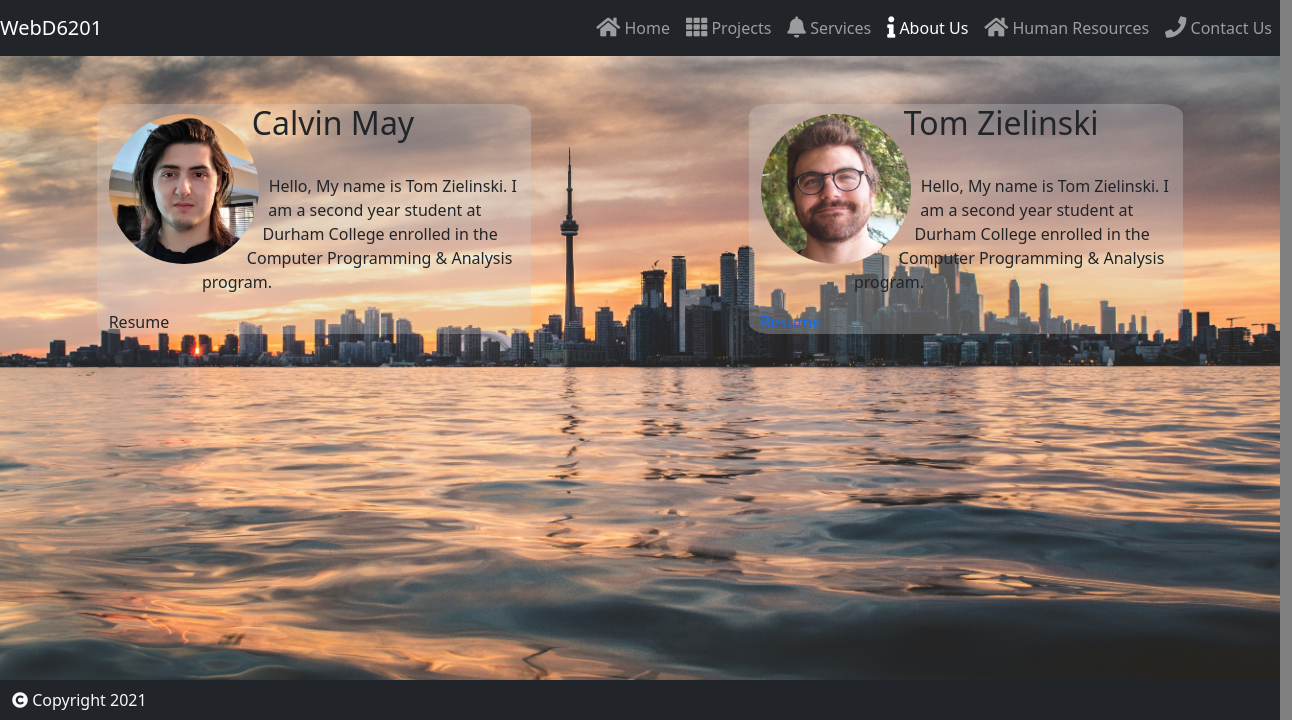
Repository: Tomelinski/Webd6201-Lab02
Page: about.html
The author's editor kept a copy of each file at every save. The page is drawn from the files as they stood at one save, then again after the next save.
The browser window is 1280 px wide. The page is 1292 px wide, so the pictures cover 1292 px, including what lies to the right of the window. The pictures show the whole page.

Above is the page before, as saved 2021-02-05 19:09:21.

After the next save:
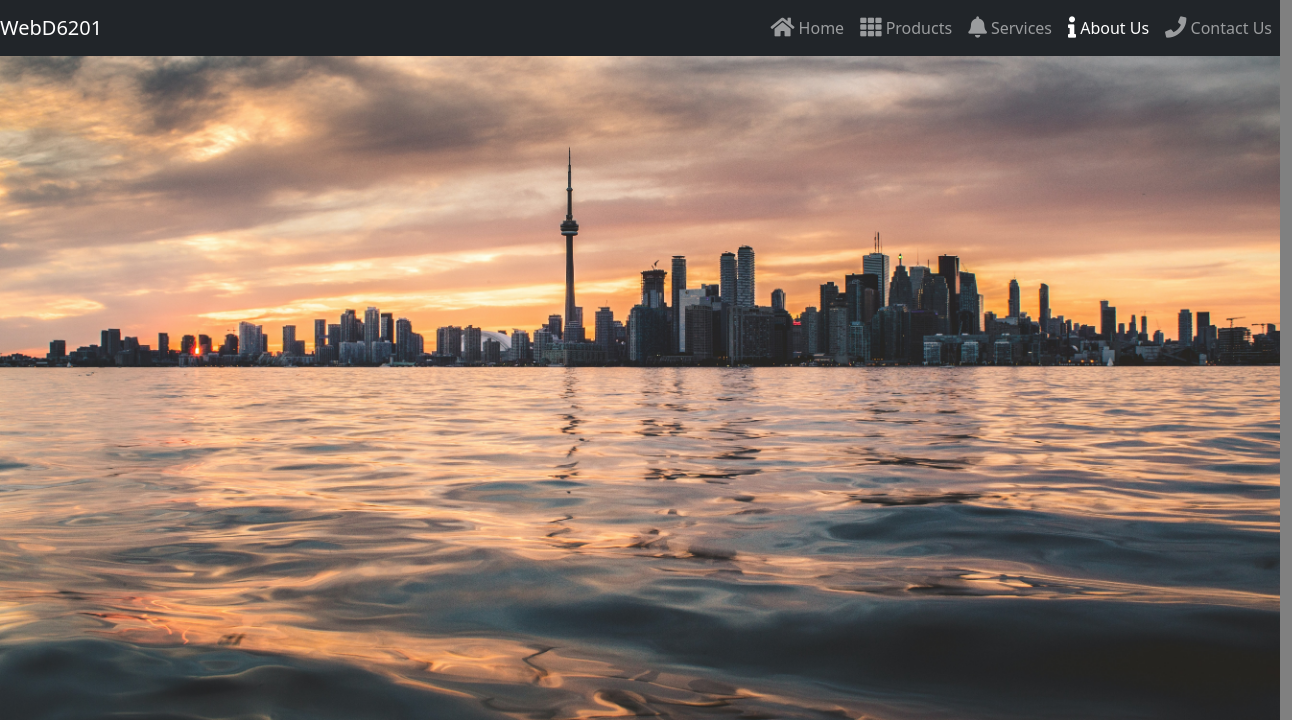
Console error: SyntaxError: Unexpected token ';'
Saved 5 s later.
--- a/Scripts/app.js
+++ b/Scripts/app.js
@@ -81,7 +81,7 @@
         aboutTom.innerHTML = `</br><p>Hello, My name is Tom Zielinski. I am a second year student at Durham College enrolled in the Computer Programming & Analysis program.</p>`;
         tomResume.setAttribute("href", "../files/resumes/Tom_Resume.pdf");
         tomResume.setAttribute("download");
-        tomResume.textContent = "Resume";
+        tomResume.textContent = "Resume", ;
 
         // Insert the Elements within the about-tom div
         aboutTomDiv.appendChild(pic);

After the 2 saves that followed:
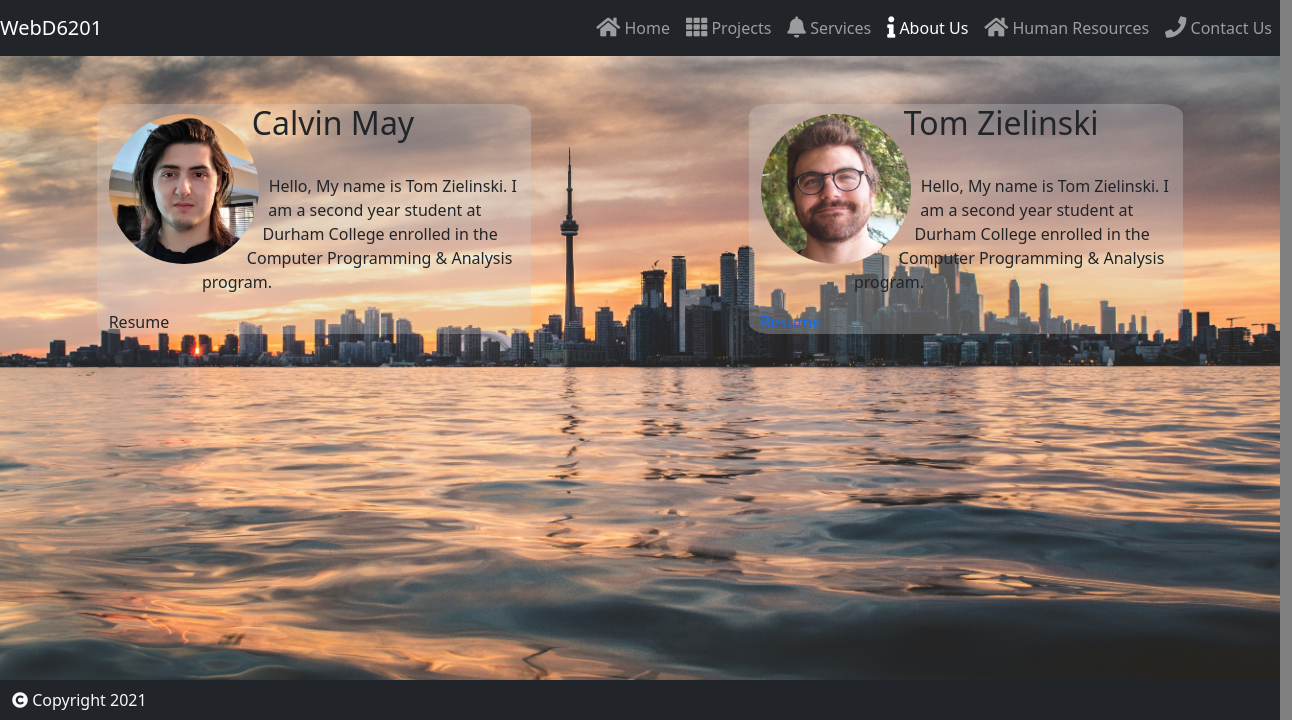
The error is gone.
The 2 saves are shown as one change because they came seconds apart.
The last was saved 9 s later.
--- a/Scripts/app.js
+++ b/Scripts/app.js
@@ -80,8 +80,8 @@
         pic.setAttribute("alt", "Headshot of Tom");
         aboutTom.innerHTML = `</br><p>Hello, My name is Tom Zielinski. I am a second year student at Durham College enrolled in the Computer Programming & Analysis program.</p>`;
         tomResume.setAttribute("href", "../files/resumes/Tom_Resume.pdf");
-        tomResume.setAttribute("download");
-        tomResume.textContent = "Resume", ;
+        tomResume.setAttribute("download", );
+        tomResume.textContent = "Resume";
 
         // Insert the Elements within the about-tom div
         aboutTomDiv.appendChild(pic);
